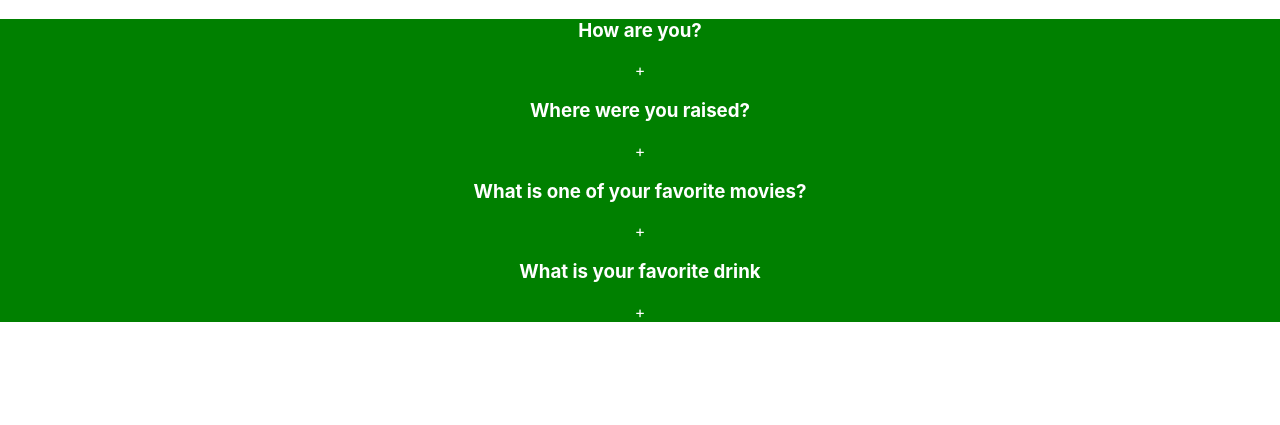
Repository: kosenijr/react-projects
Page: / (app in accordion/)
An editor plug-in stored every save of this project. The page is shown before and after the next save, followed by the edit.
The browser window is 1280 px wide. The pictures show the whole page.
The project was rebuilt for these pictures with package versions that can differ from the ones it lists, and the page was loaded fresh each time.

Above is the page before, as saved 2024-03-02 22:24:12.

### accordion/src/App.js
import React from "react";
import "./App.css";
import Accordion from "./components/Accordion";

function App() {
  return (
    <div className="App">
      <Accordion />
    </div>
  );
}

export default App;

### accordion/src/components/Accordion.js
import React, { useState } from "react";
import "../styles/Accordion.css";
import data from "../data";

function Accordion() {
  // setting up useState
  const [selected, setSelected] = useState(null);
  // setting up handling
  const handleSingleSelection = (getCurrentId) => {
    console.log(selected, getCurrentId);
    // setSelected(getCurrentId === selected ? null : getCurrentId); // keep add condition for closure
    setSelected(selected !== getCurrentId ? getCurrentId : null)
  };

  return (
    <div className="wrapper">
      {/* single selection accordion */}
      <div className="accordion">
        {data && data.length > 0 ? (
          data.map((dataItem) => (
            <div className="item" key={dataItem.id}>
              {" "}
              {/* always remember to add key */}
              <div
                className="title"
                onClick={() => handleSingleSelection(dataItem.id)}
              >
                <h3>{dataItem.question}</h3>
                <span>+</span>
              </div>
              {selected === dataItem.id ? (
                <div className="content ">{dataItem.answer}</div>
              ) : null}
            </div>
          ))
        ) : (
          <div>No data found!</div>
        )}
      </div>
    </div>
  );
}

export default Accordion;

### accordion/src/styles/Accordion.css
.wrapper {
}
.accordion {
background-color: green;
color: white;
}

.item {
margin-bottom: 1em
}

### accordion/src/data.js
const data = [
  {
    id: 1,
    question: "How are you?",
    answer: "I am well!",
  },

  {
    id: 2,
    question: "Where were you raised?",
    answer: "I was raised in Queens.",
  },

  {
    id: 3,
    question: "What is one of your favorite movies?",
    answer: "Harlem Nights",
  },

  {
    id: 4,
    question: "What is your favorite drink",
    answer: "Water",
  },
];

export default data;

Loaded but not shown: accordion/public/index.html (common file); accordion/src/index.js (common file); accordion/src/index.css (common file); accordion/src/reportWebVitals.js (common file); accordion/src/App.css (common file)

After the next save:
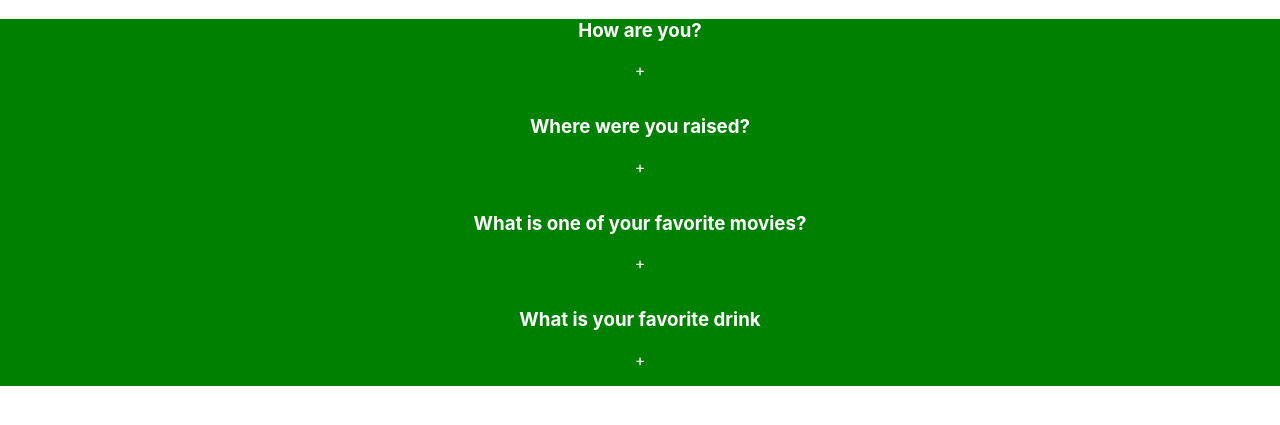
Saved 15 s later.
--- a/accordion/src/styles/Accordion.css
+++ b/accordion/src/styles/Accordion.css
@@ -6,5 +6,5 @@ color: white;
 }
 
 .item {
-margin-bottom: 1em
+padding-bottom: 1em
 }
